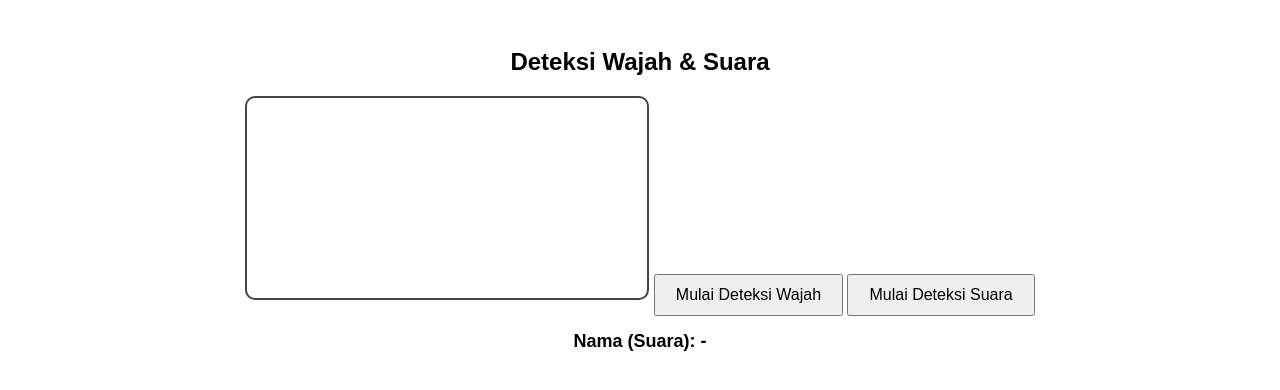
Repository: RalfyBawinto/working-teachable-machine
Page: model2.html
These files come from the project's save history. The page is drawn as it stood at one moment and after the next save; the edit follows.
The browser window is 1280 px wide. The pictures show the whole page.

Above is the page before, as saved 2025-04-22 00:37:37.

After the next save:
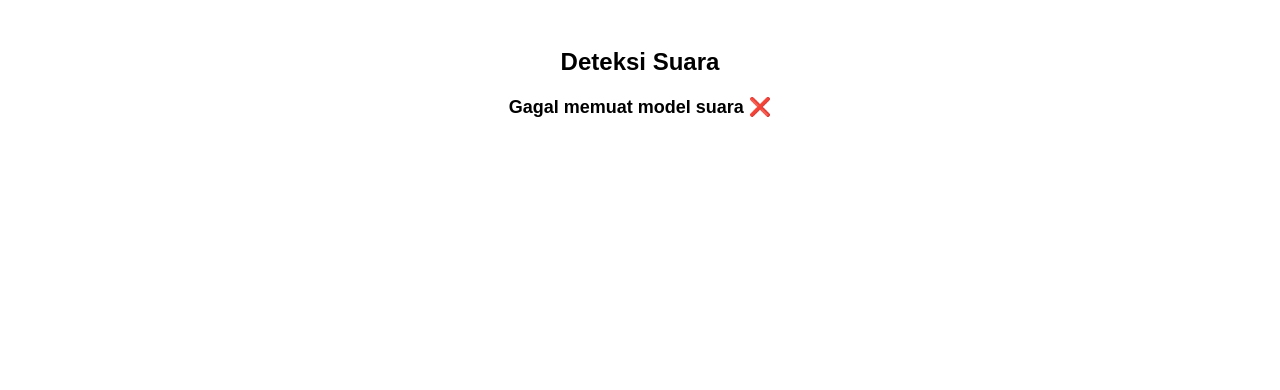
Saved 26 min 32 s later.
--- a/model2.html
+++ b/model2.html
@@ -3,7 +3,7 @@
   <head>
     <meta charset="UTF-8" />
     <meta name="viewport" content="width=device-width, initial-scale=1.0" />
-    <title>Deteksi Wajah dan Suara</title>
+    <title>Deteksi Suara Baru</title>
     <style>
       body {
         font-family: Arial, sans-serif;
@@ -21,7 +21,8 @@
         font-size: 18px;
         font-weight: bold;
       }
-      button {
+      button,
+      select {
         margin-top: 20px;
         padding: 10px 20px;
         font-size: 16px;
@@ -29,67 +30,41 @@
     </style>
   </head>
   <body>
-    <h2>Deteksi Wajah & Suara</h2>
-
-    <video id="video" autoplay muted playsinline></video>
-    <button onclick="startCamera()">Mulai Deteksi Wajah</button>
-    <button onclick="startAudioDetection()">Mulai Deteksi Suara</button>
+    <h2>Deteksi Suara</h2>
 
     <div class="output" id="voice-output">Nama (Suara): -</div>
 
     <!-- TensorFlow.js -->
     <script src="https://cdn.jsdelivr.net/npm/@tensorflow/tfjs@3.21.0/dist/tf.min.js"></script>
-
-    <!-- Pustaka TeachableMachine Audio -->
     <script src="https://cdn.jsdelivr.net/npm/@teachablemachine/audio@0.8/dist/teachablemachine-audio.min.js"></script>
 
     <script>
       const voiceModelURL =
-        "https://teachablemachine.withgoogle.com/models/S6mA-uAt0/";
+        "https://teachablemachine.withgoogle.com/models/r1dg1ZGh5/";
 
       let audioModel;
-      let video;
-
-      async function startCamera() {
-        video = document.getElementById("video");
-        try {
-          // Mengaktifkan kamera
-          const stream = await navigator.mediaDevices.getUserMedia({
-            video: true,
-          });
-          video.srcObject = stream;
-          console.log("Kamera aktif");
-        } catch (err) {
-          console.error("Gagal mengakses kamera:", err);
-        }
-      }
 
       async function startAudioDetection() {
-        // Memastikan pustaka tmAudio sudah dimuat
-        if (typeof tmAudio === "undefined") {
-          console.error("Pustaka tmAudio tidak ditemukan.");
-          alert(
-            "Pustaka tmAudio tidak ditemukan. Pastikan URL pustaka sudah benar."
-          );
-          return;
-        }
-
         try {
-          // Memuat model suara
+          // Memuat model suara baru
           audioModel = await tmAudio.load(
             voiceModelURL + "model.json",
             voiceModelURL + "metadata.json"
           );
+          console.log("Model suara berhasil dimuat.");
+
+          // Mulai mendeteksi suara
           document.getElementById("voice-output").innerText =
-            "Model suara dimuat, mendengarkan...";
-          predictVoice();
+            "Mikrofon aktif, mendeteksi suara...";
+          detectVoice();
         } catch (err) {
           console.error("Gagal memuat model suara:", err);
-          alert("Gagal memuat model suara.");
+          document.getElementById("voice-output").innerText =
+            "Gagal memuat model suara ❌";
         }
       }
 
-      async function predictVoice() {
+      async function detectVoice() {
         try {
           await audioModel.listen(
             async () => {
@@ -111,8 +86,12 @@
           );
         } catch (err) {
           console.error("Gagal mendengarkan suara:", err);
+          alert("Tidak dapat mengakses mikrofon atau memulai deteksi suara.");
         }
       }
+
+      // Mulai deteksi suara saat tombol ditekan
+      startAudioDetection();
     </script>
   </body>
 </html>
